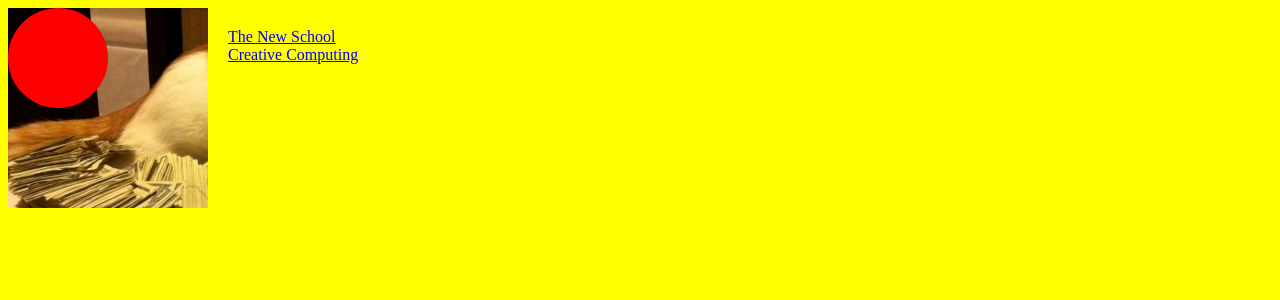
Repository: Djiun/djiun.github.io
Page: index.html
The author's editor kept a record of every edit. The page is drawn from the files as they stood at one moment, then again after the next edit.
The browser window is 1280 px wide. The pictures show the whole page.

Above is the page before.

### index.html
<html>
	<head>
		<title>Hello, world.</title>
		<link href="column.css" rel="stylesheet">
	</head>

<body>

<div class="wrapper">
	<div class= "column">

		<a href="http://newschool.edu">The New School</a>

		<a href="http://creativecomputing.me">Creative Computing</a>

	</div>

	<div class="circle"></div>
	<div class="one"></div>
	<div class="sprite"></div>


</div>
	</body>
</html>

### column.css
body {
        background-color: yellow;
}

.canvas {
    width: 300px;
    height: 600px;
    background-color: black;
}

.box {
    width: 20px;
    height: 100px;
    background-color: yellow;
    position: absolute;
    top: 40px;
    right: 20px;
}

.circle {
    width: 100px;
    height: 100px;
    border-radius: 100%;
    background-color: red;
    position: absolute;

}

.sprite {
        width: 200px;
        height: 200px;
        background-image: url(cashcat.jpg);
        background-repeat: no-repeat;
        display: block;
        text-indent: 100%;
        white-space: nowrap;
}

.sprite:hover {
        background-position: -200px 0;
}

.sprite:active {
        background-position: -400px;
}

.wrapper {
        width: 400px;
}

.column {
    width: 160px;
    padding: 20px;
    float: right;
}

After the next edit:
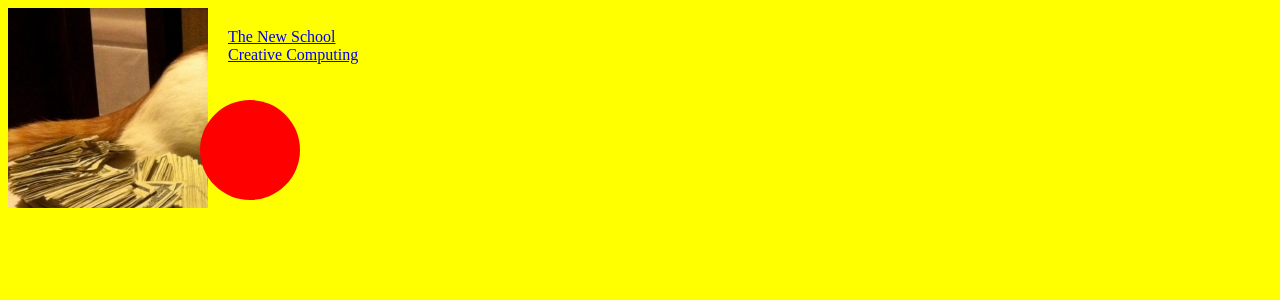
The edit:
--- a/column.css
+++ b/column.css
@@ -23,7 +23,8 @@
     border-radius: 100%;
     background-color: red;
     position: absolute;
-
+    top: 100px;
+    left: 200px;
 }
 
 .sprite {
